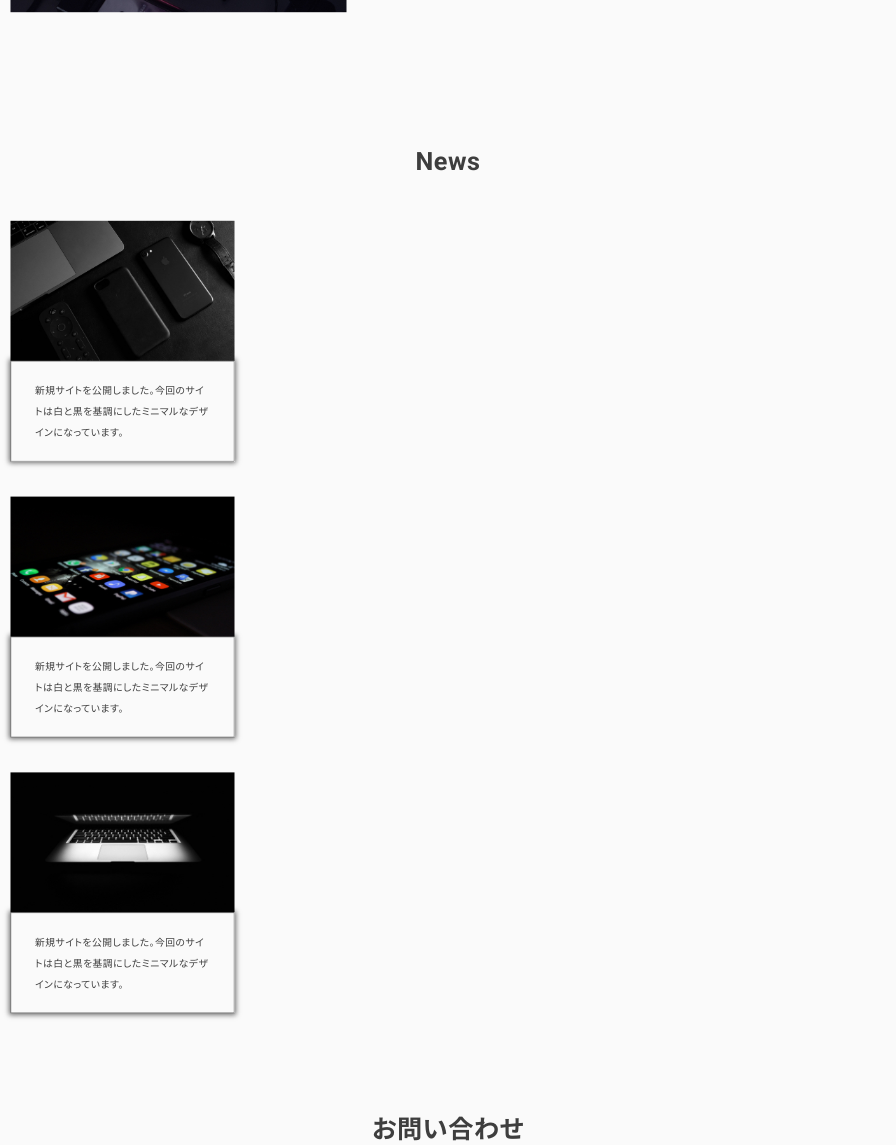
Repository: hatarakimono-kumasan/kurisuta_1st
Page: index.html
The author's editor kept a copy of each file at every save. The page is drawn from the files as they stood at one save, then again after the next save.
The browser window is 1280 px wide. The pictures show the part of the page from y = 3499 to 5419 px (the page is 5134 px tall before and 5419 px after), at 70% of full size.
Some web libraries are served in a nearby version. The style sheet was rebuilt from its Sass, Less or Tailwind sources for each picture, by a compiler version that may differ from the author's.

Above is the page before, as saved 2020-05-15 11:14:45.

After the next save:
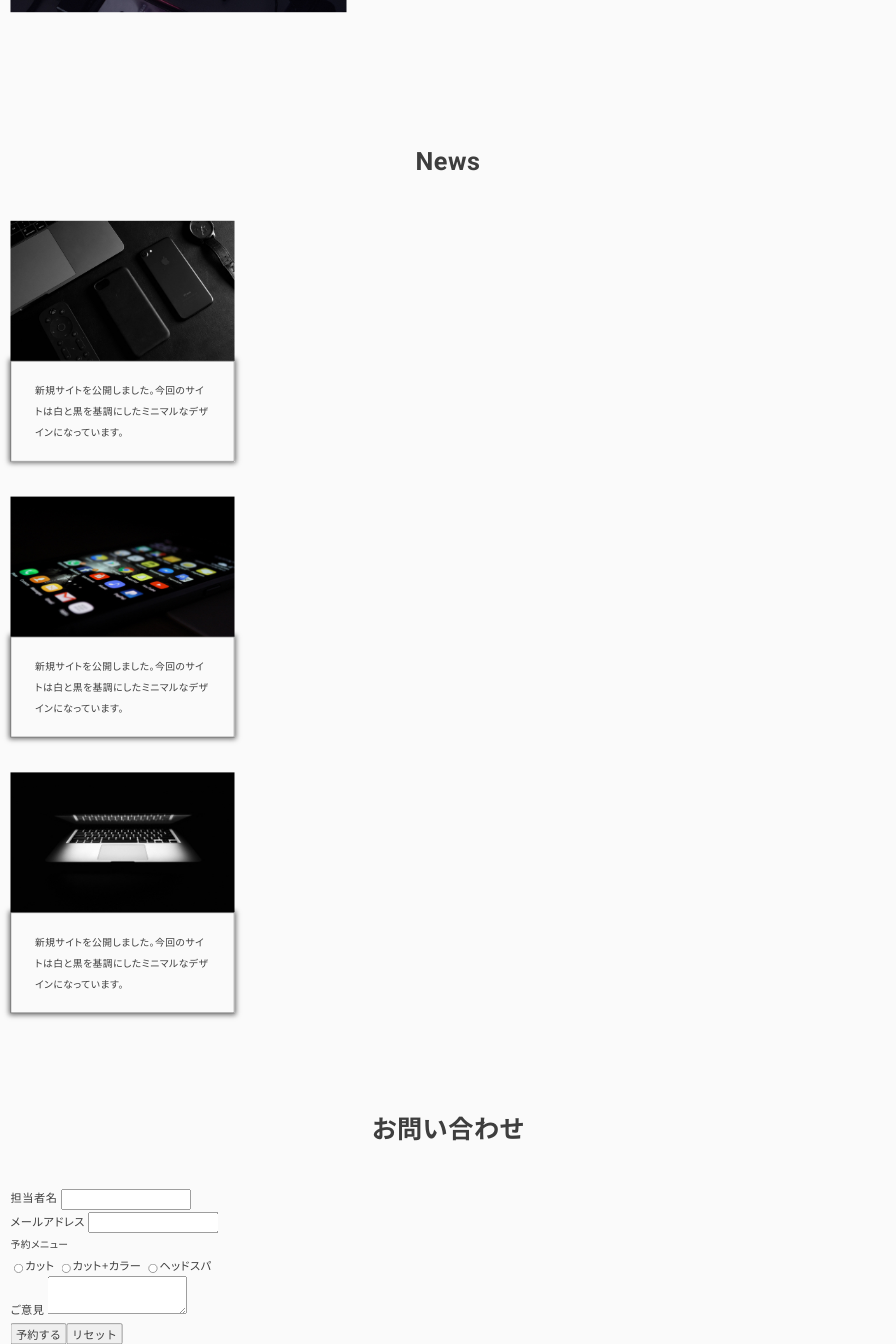
Saved 5 min 58 s later.
--- a/index.html
+++ b/index.html
@@ -146,6 +146,51 @@
 			<!--contact-->
 			<section class="contact" id="contact">
 				<h2>お問い合わせ</h2>
+				<form>
+					<div class="item">
+						<label class="label">担当者名</label>
+						<input class="inputs" type="text" name="name" />
+					</div>
+
+					<div class="item">
+						<label class="label">メールアドレス</label>
+						<input class="inputs" type="email" name="email" />
+					</div>
+
+					<div class="item">
+						<p class="label">予約メニュー</p>
+						<div class="inputs">
+							<input id="cut" type="radio" name="menu" value="cut" /><label
+								for="cut"
+								>カット</label
+							>
+							<input
+								id="cut-color"
+								type="radio"
+								name="menu"
+								value="cut-color"
+							/><label for="cut-color">カット+カラー</label>
+							<input
+								id="headspa"
+								type="radio"
+								name="menu"
+								value="headspa"
+							/><label for="headspa">ヘッドスパ</label>
+						</div>
+					</div>
+
+					<div class="item">
+						<label class="label">ご意見</label>
+						<textarea class="inputs"></textarea>
+					</div>
+
+					<div class="btn-area">
+						<input type="submit" value="予約する" /><input
+							type="reset"
+							value="リセット"
+						/>
+					</div>
+				</form>
 			</section>
 			<!--//contact-->
 		</main>
